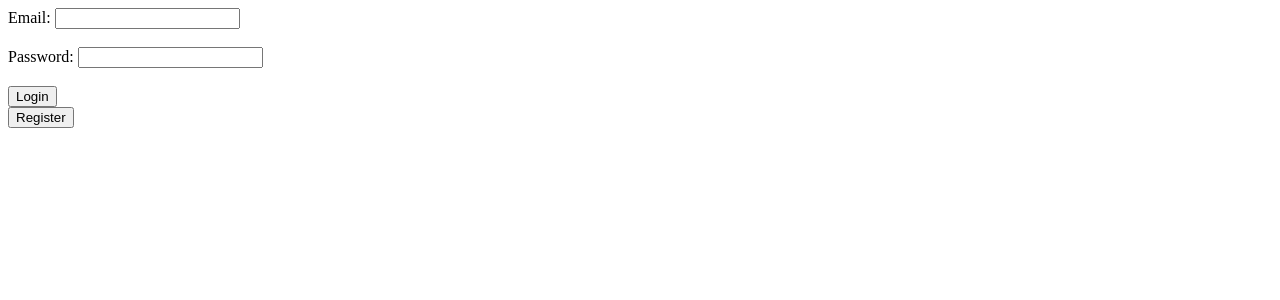
Repository: MD-1107/ISS_Assignment
Page: http://localhost/DemoRegisterLogin/login.jsp
An editor plug-in stored every save of this project. The page is shown before and after the next save, followed by the edit.
The browser window is 1280 px wide. The pictures show the whole page.
The page is served by Tomcat 9.

Above is the page before, as saved 2024-01-03 11:18:11.

After the next save:
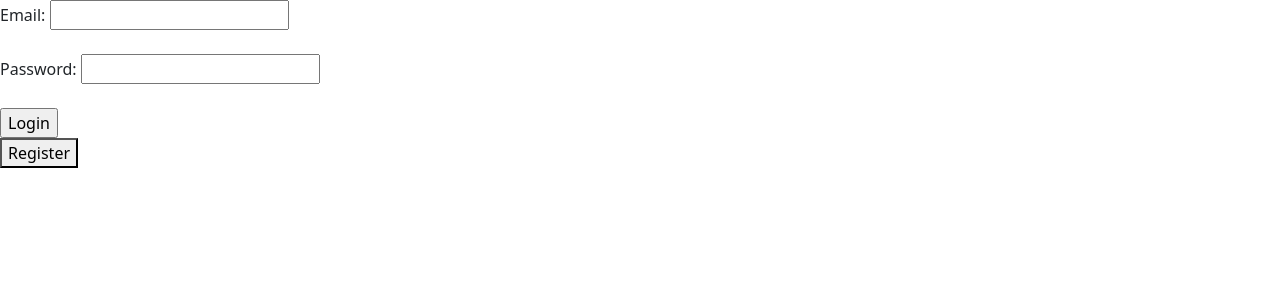
Saved 50 s later.
--- a/INTEGRATING CLIENT SIDE PROGRAMMING/DemoRegisterLogin/src/main/webapp/login.jsp
+++ b/INTEGRATING CLIENT SIDE PROGRAMMING/DemoRegisterLogin/src/main/webapp/login.jsp
@@ -5,6 +5,8 @@
 <head>
 <meta charset="UTF-8">
 <title>Insert title here</title>
+<link href="https://cdn.jsdelivr.net/npm/bootstrap@5.3.2/dist/css/bootstrap.min.css" rel="stylesheet" integrity="sha384-T3c6CoIi6uLrA9TneNEoa7RxnatzjcDSCmG1MXxSR1GAsXEV/Dwwykc2MPK8M2HN" crossorigin="anonymous">
+ <script src="https://cdn.jsdelivr.net/npm/bootstrap@5.3.2/dist/js/bootstrap.bundle.min.js" integrity="sha384-C6RzsynM9kWDrMNeT87bh95OGNyZPhcTNXj1NW7RuBCsyN/o0jlpcV8Qyq46cDfL" crossorigin="anonymous"></script>
 <script defer src="script.js"></script>
 </head>
 <body>
